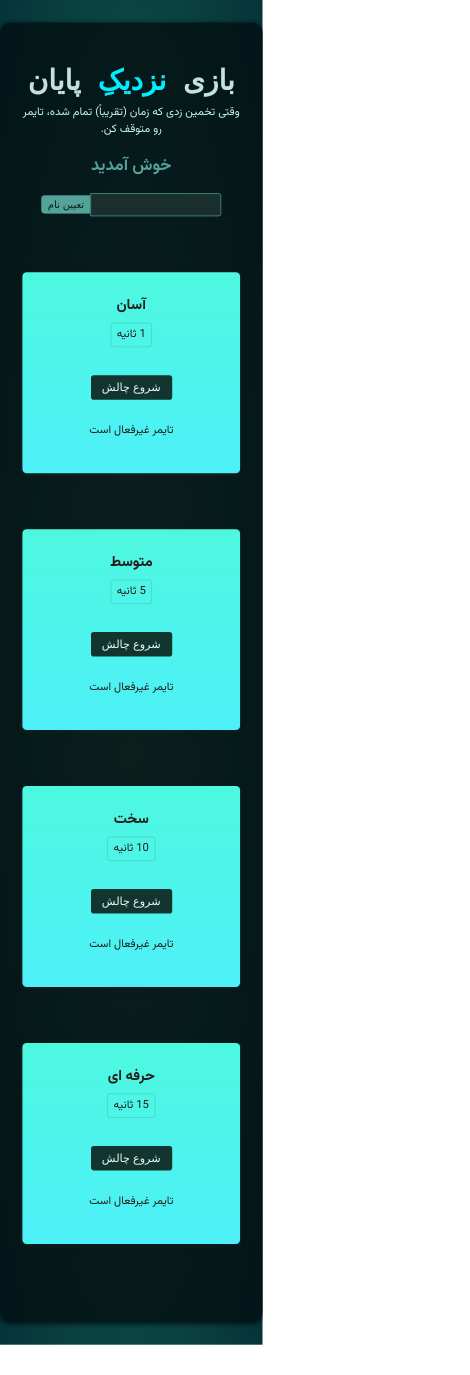
Repository: H-ala/react-near-end
Page: /
An editor plug-in stored every save of this project. The page is shown before and after a run of saves, followed by the edit.
The browser window is 375 px wide. The page is 375 px wide, then 672 px, so the pictures cover 672 px, including what lies to the right of the window. The pictures show the part of the page from y = 0 to 2240 px (the page is 1964 px tall before and 4676 px after), at 70% of full size.
The project was rebuilt for these pictures with package versions that can differ from the ones it lists, and the page was loaded fresh each time. Also part of the build but not shown: vite.config.js.

Above is the page before, as saved 2025-10-21 20:01:43.

After the next 2 saves:
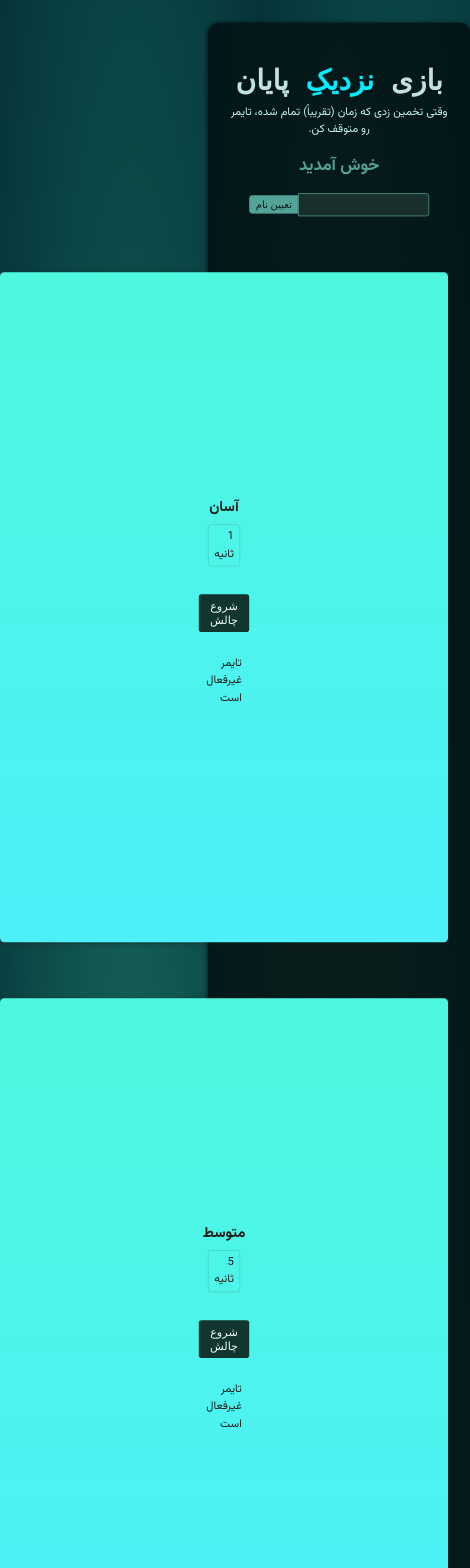
The 2 saves are shown as one change because they came seconds apart.
The last was saved 36 s later.
--- a/src/index.css
+++ b/src/index.css
@@ -261,4 +261,9 @@ header p {
     padding: 0.25rem 0.5rem; /* کوچکتر شدن دکمه */
     font-size: 0.9rem;
   }
-}
+
+  .challenge {
+    padding: 20rem;
+    margin: 2rem auto;
+  }
+}
